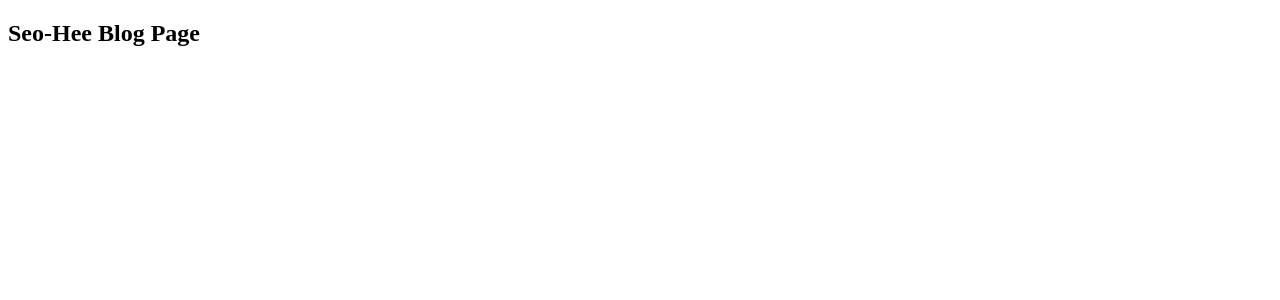
Repository: honggyeongwoo/spring-class-content
Page: Day57_20260812_2/src/main/resources/static/blog.html
The author's editor kept a copy of each file at every save. The page is drawn from the files as they stood at one save, then again after the next save.
The browser window is 1280 px wide. The pictures show the whole page.

Above is the page before, as saved 2026-08-12 07:26:21.

After the next save:
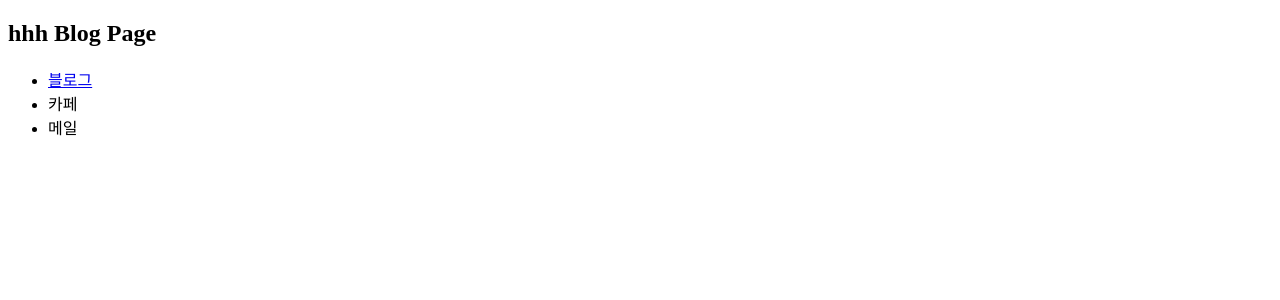
Saved 65 s later.
--- a/Day57_20260812_2/src/main/resources/static/blog.html
+++ b/Day57_20260812_2/src/main/resources/static/blog.html
@@ -5,6 +5,16 @@
 <title>Insert title here</title>
 </head>
 <body>
-	<h2>Seo-Hee Blog Page</h2>
+	<h2>hhh Blog Page</h2>
+
+	<header>
+<ul>
+<li>
+<a href="/blog">블로그</a>
+</li>
+<li>카페</li>
+<li>메일</li>
+</ul>
+</header>
 </body>
 </html>
